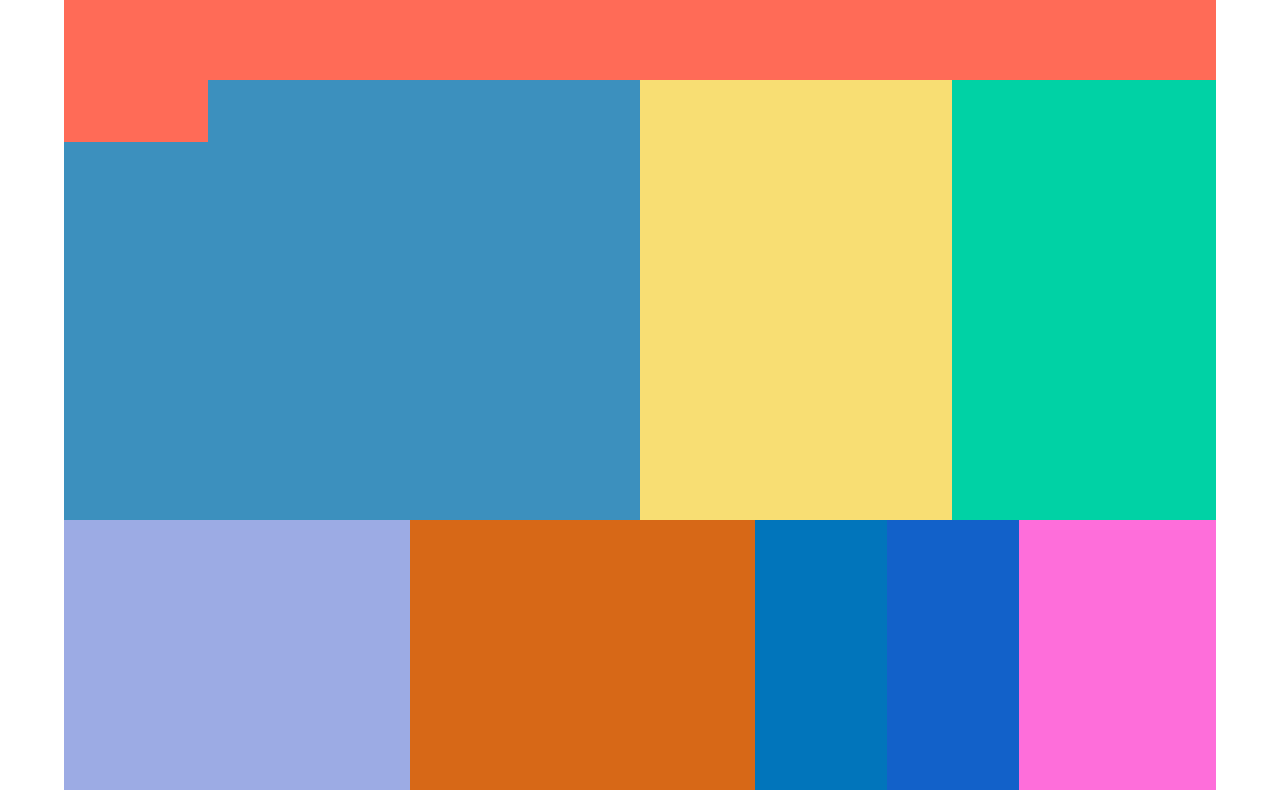
Repository: bongbong3/Study
Page: http://localhost/ResponsiveWebMake/
An editor plug-in stored every save of this project. The page is shown before and after the next save, followed by the edit.
The browser window is 1280 px wide. The pictures show the whole page.
The page is served by Tomcat 9.

Above is the page before, as saved 2018-06-23 09:50:37.

After the next save:
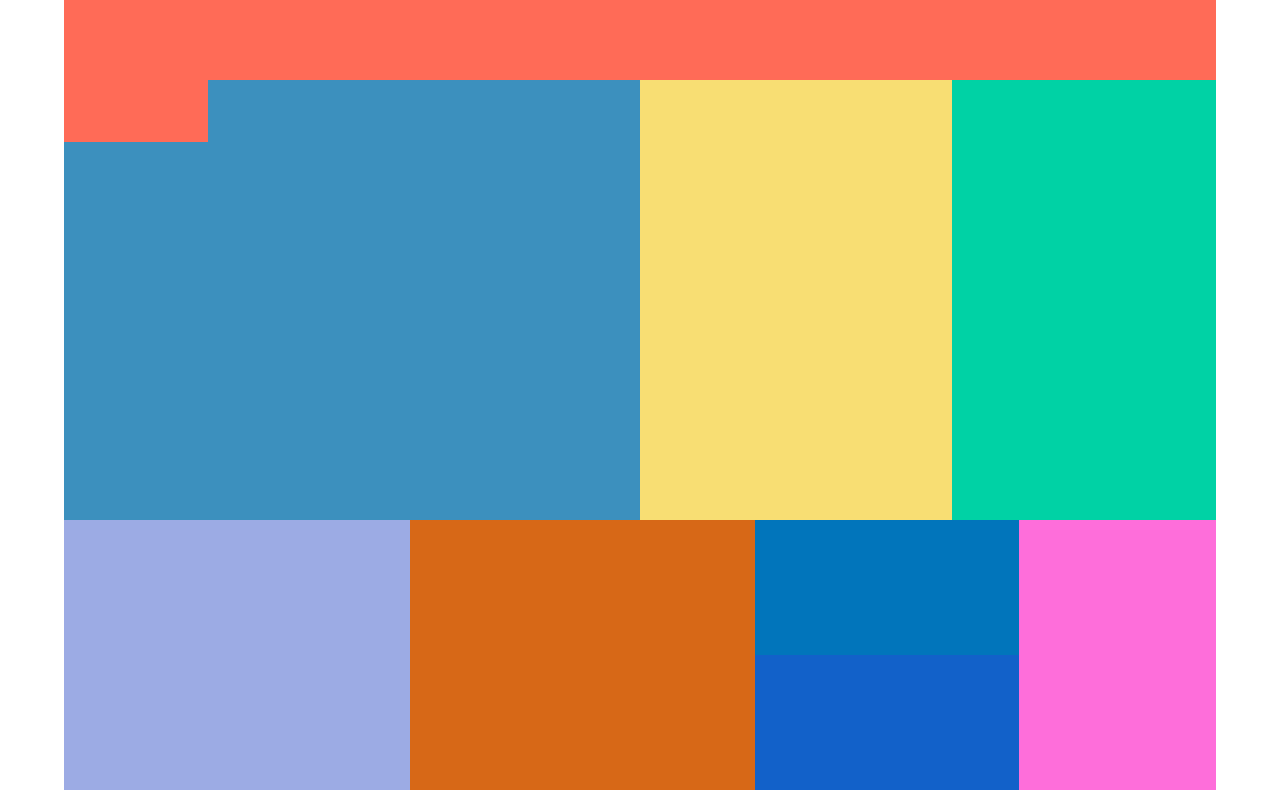
Saved 23 s later.
--- a/HTML/ResponsiveWebMake/src/main/webapp/WEB-INF/views/home.jsp
+++ b/HTML/ResponsiveWebMake/src/main/webapp/WEB-INF/views/home.jsp
@@ -64,7 +64,7 @@ background:#d76817;
 .banner_section{
 display:flex;
 order:7;
-flex_flow:column nowrap;
+flex-flow:column nowrap;
 width:22.91666667%;
 }
 .banner_section div{
